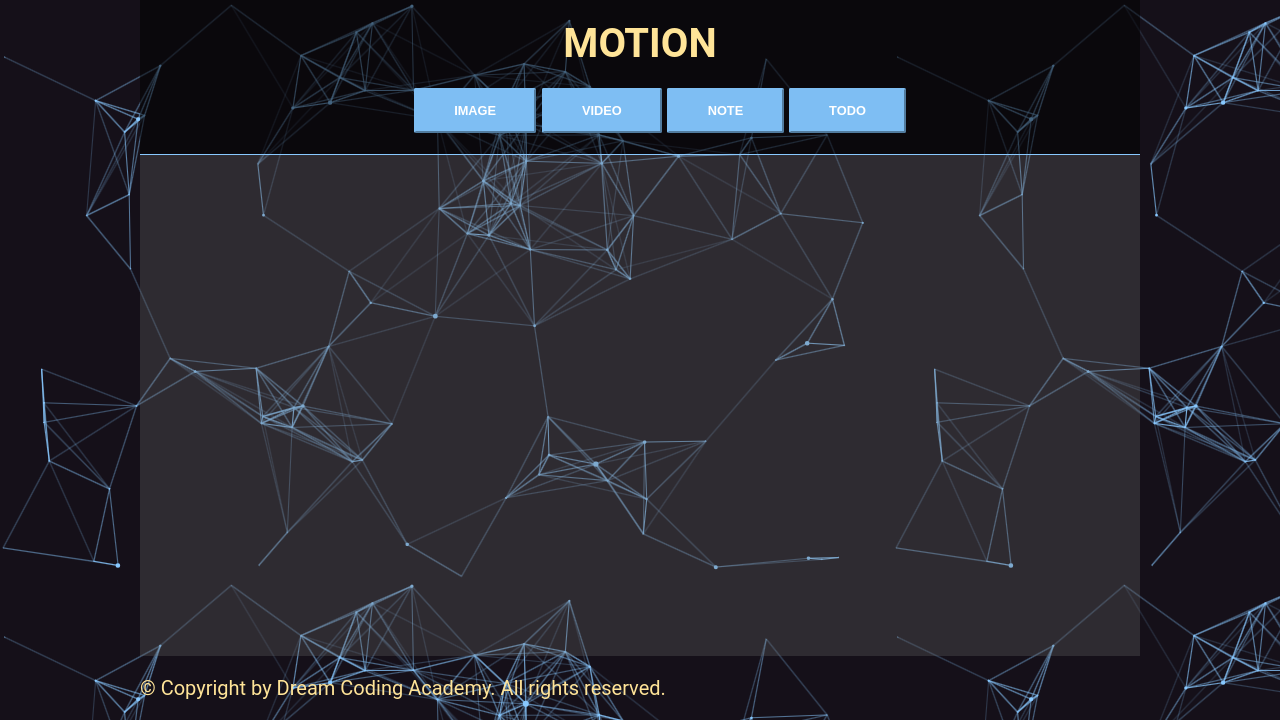
Repository: chefkuna/Motion
Page: index.html
The author's editor kept a copy of each file at every save. The page is drawn from the files as they stood at one save, then again after the next save.
The browser window is 1280 px wide. The pictures show the whole page.

Above is the page before, as saved 2022-08-21 14:50:01.

After the next save:
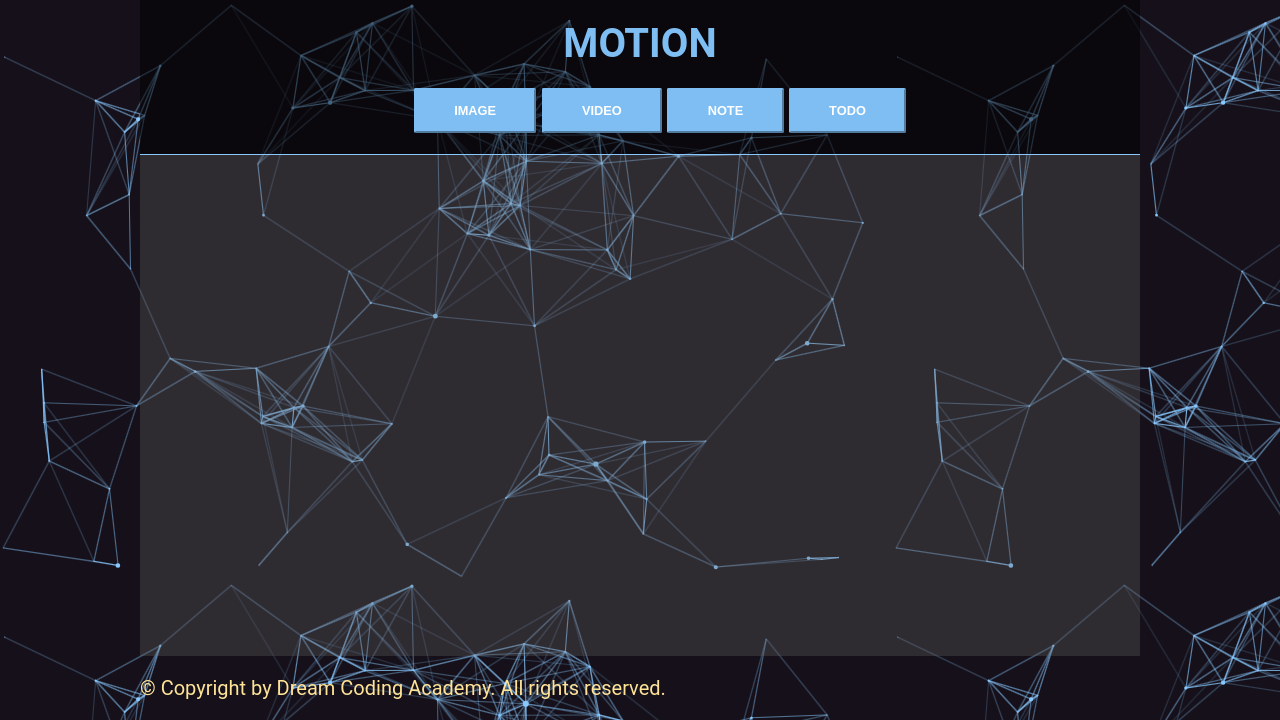
Saved 29 s later.
--- a/style/style.css
+++ b/style/style.css
@@ -50,7 +50,7 @@ body {
 }
 
 .banner__title {
-  color: var(--text-accent-color);
+  color: var(--accent-color);
   margin: 20px;
   text-align: center;
 }
